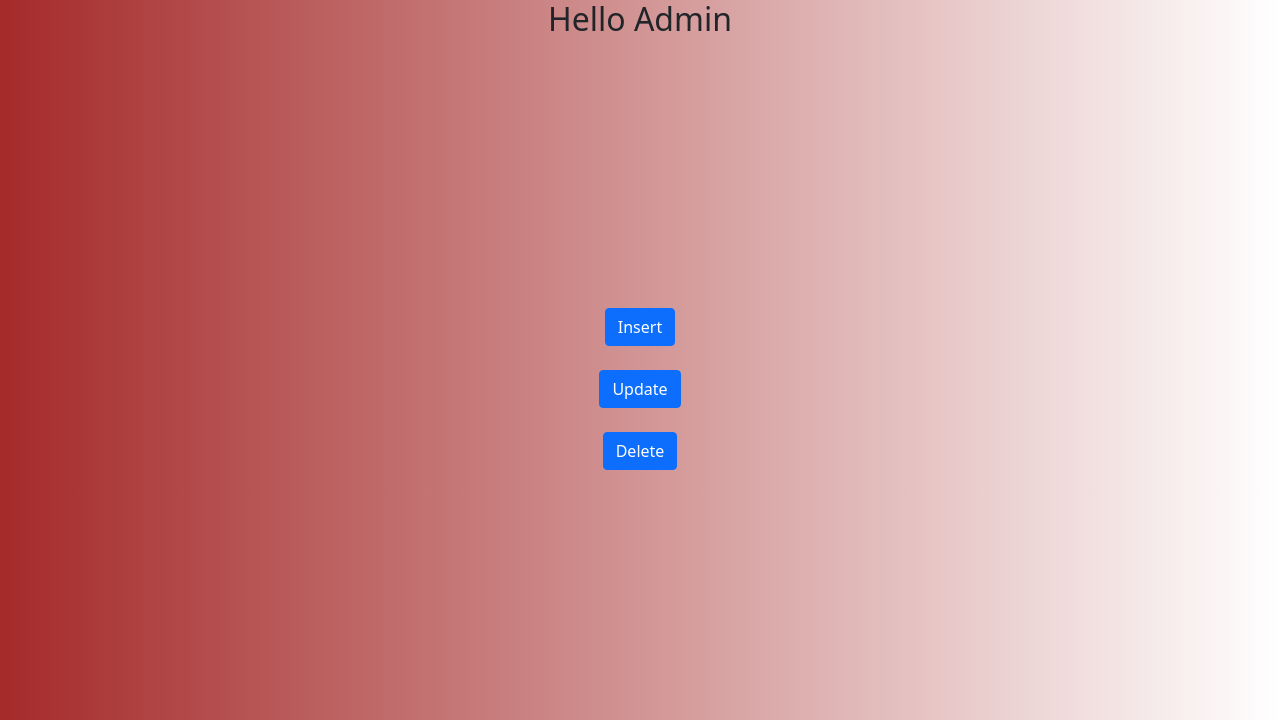
Repository: selvakumar46/Project-Maven
Page: http://localhost/ProjectKFC/AdminPage.jsp
The author's editor kept a copy of each file at every save. The page is drawn from the files as they stood at one save, then again after the next save.
The browser window is 1280 px wide. The pictures show the whole page.
The page is served by Tomcat 9. Nobody is signed in. The application's start-up code is not run.

Above is the page before, as saved 2022-01-10 10:27:33.

After the next save:
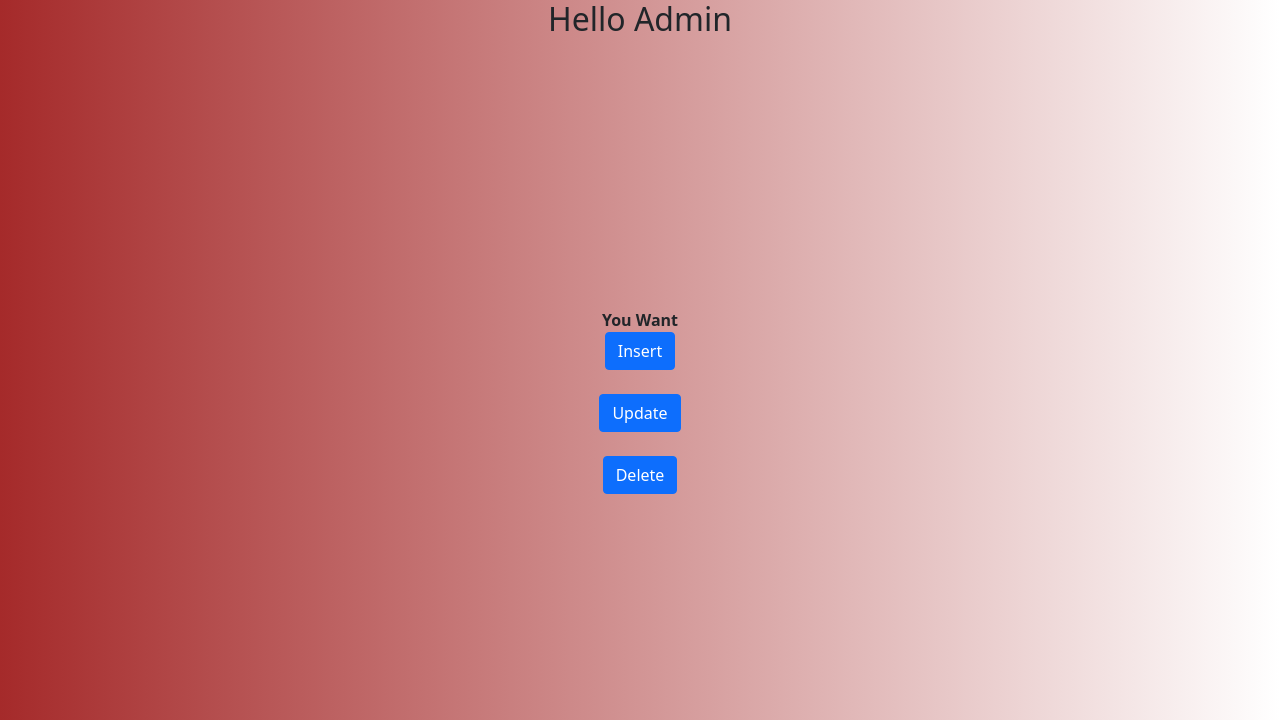
Saved 28 s later.
--- a/ProjectKFC/src/main/webapp/AdminPage.jsp
+++ b/ProjectKFC/src/main/webapp/AdminPage.jsp
@@ -20,7 +20,7 @@ body {
 	<center>
 	<h2>Hello Admin</h2>
 		<div class="container">
-
+		<b>You Want</b>
 		<form action="Insert.jsp">
 			<button type="submit" class="btn btn-primary">Insert</button>
 		</form><br>
